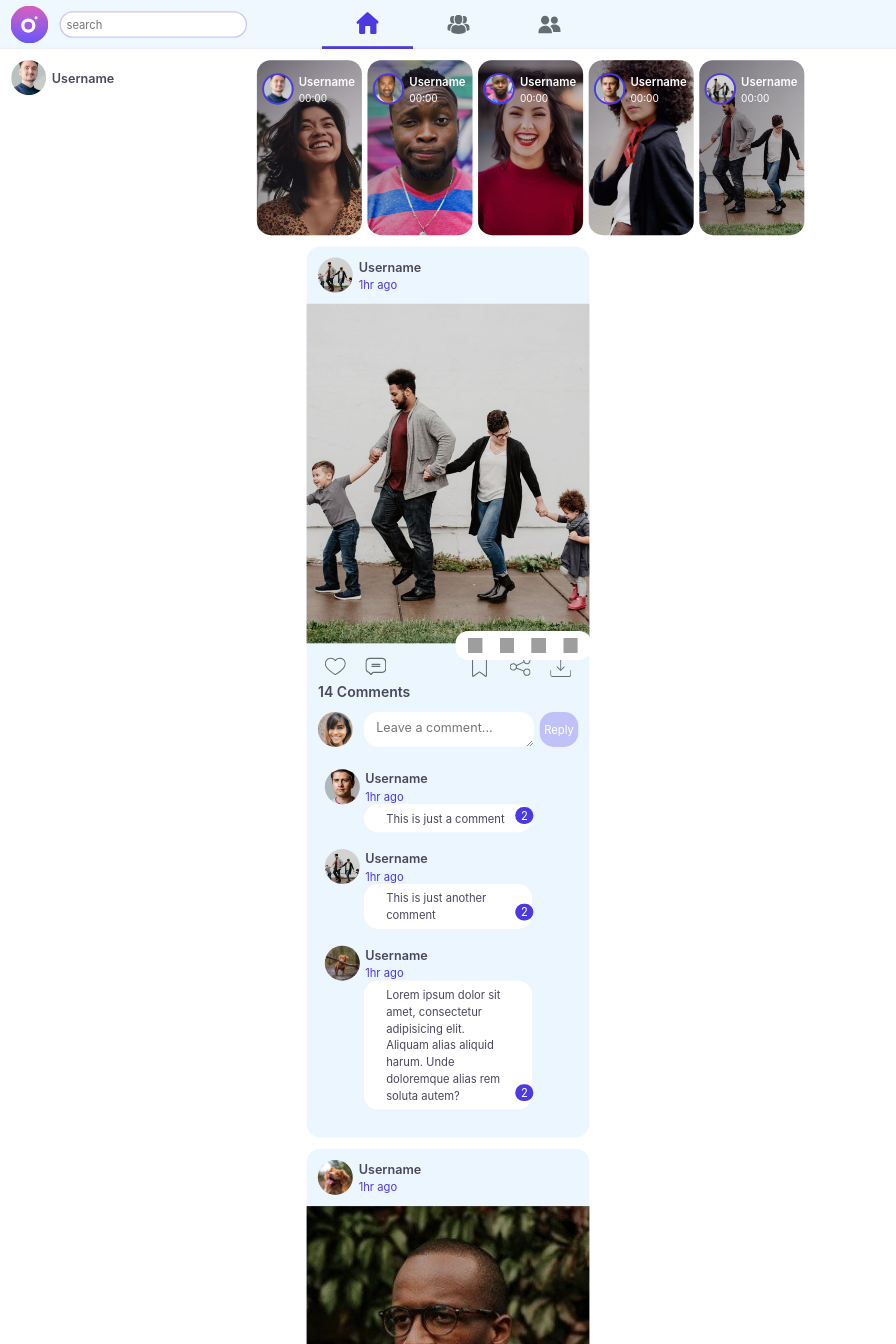
Repository: Flovet-stack/memic
Page: home.html
These files come from the project's save history. The page is drawn as it stood at one moment and after the next save; the edit follows.
The browser window is 1280 px wide. The pictures show the part of the page from y = 0 to 1920 px (the page is 3302 px tall), at 70% of full size.
Pictures or frames that could not be fetched are drawn as grey boxes. Some web fonts or font styles are not loaded; a fallback is used.

Above is the page before, as saved 2020-10-17 19:22:49.
Console error: TypeError: Cannot read properties of undefined (reading 'fn')

After the next save:
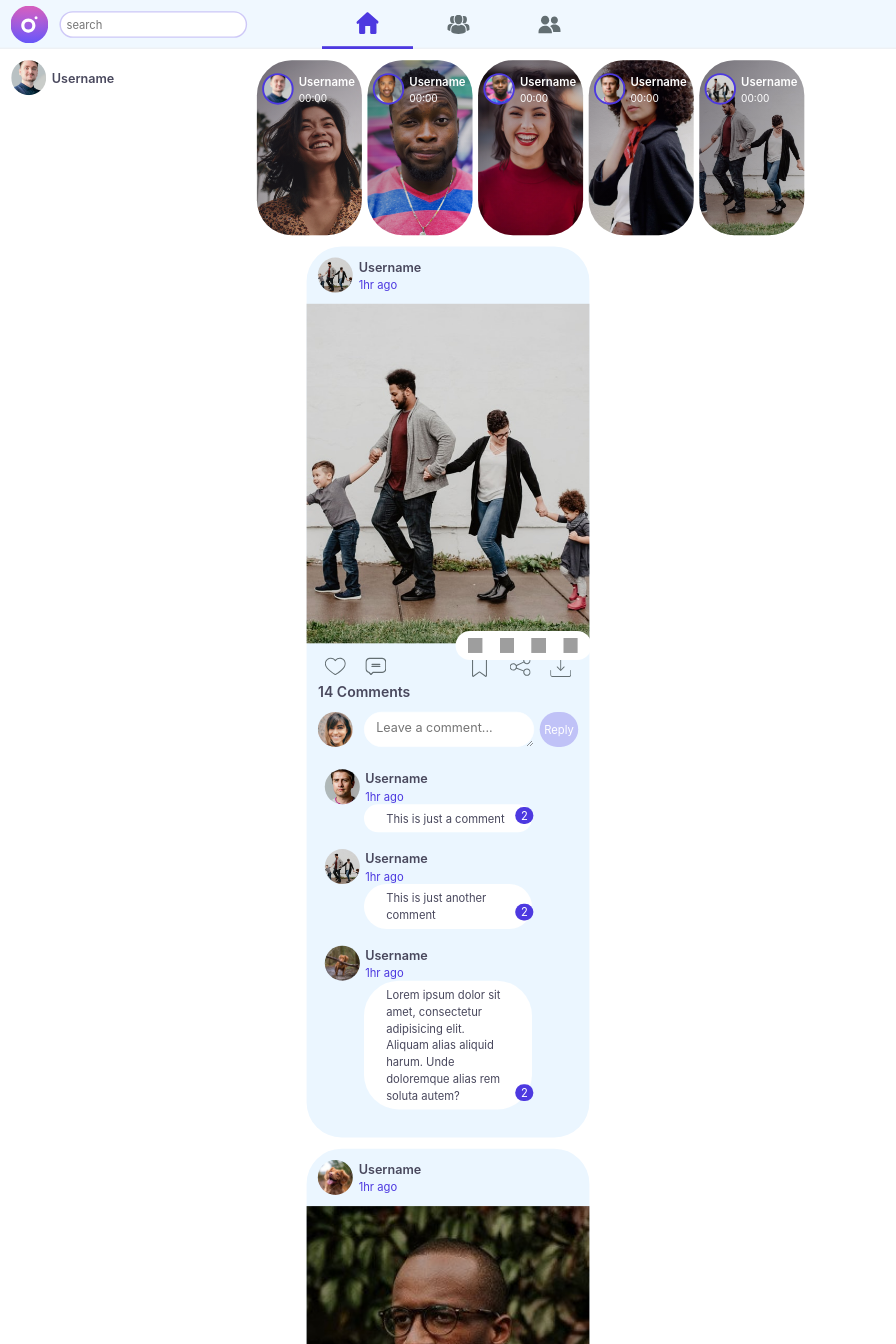
Saved 9 s later.
--- a/css/main-styles.css
+++ b/css/main-styles.css
@@ -32,7 +32,7 @@
     --padding-1: .5rem;
     --padding-2: 1rem;
     --padding-3: 2rem;
-    --border-radius: 20px;
+    --border-radius: 50px;
     --circular-radius: 50%;
     --border: 2px solid var(--white-shade-2);
 
